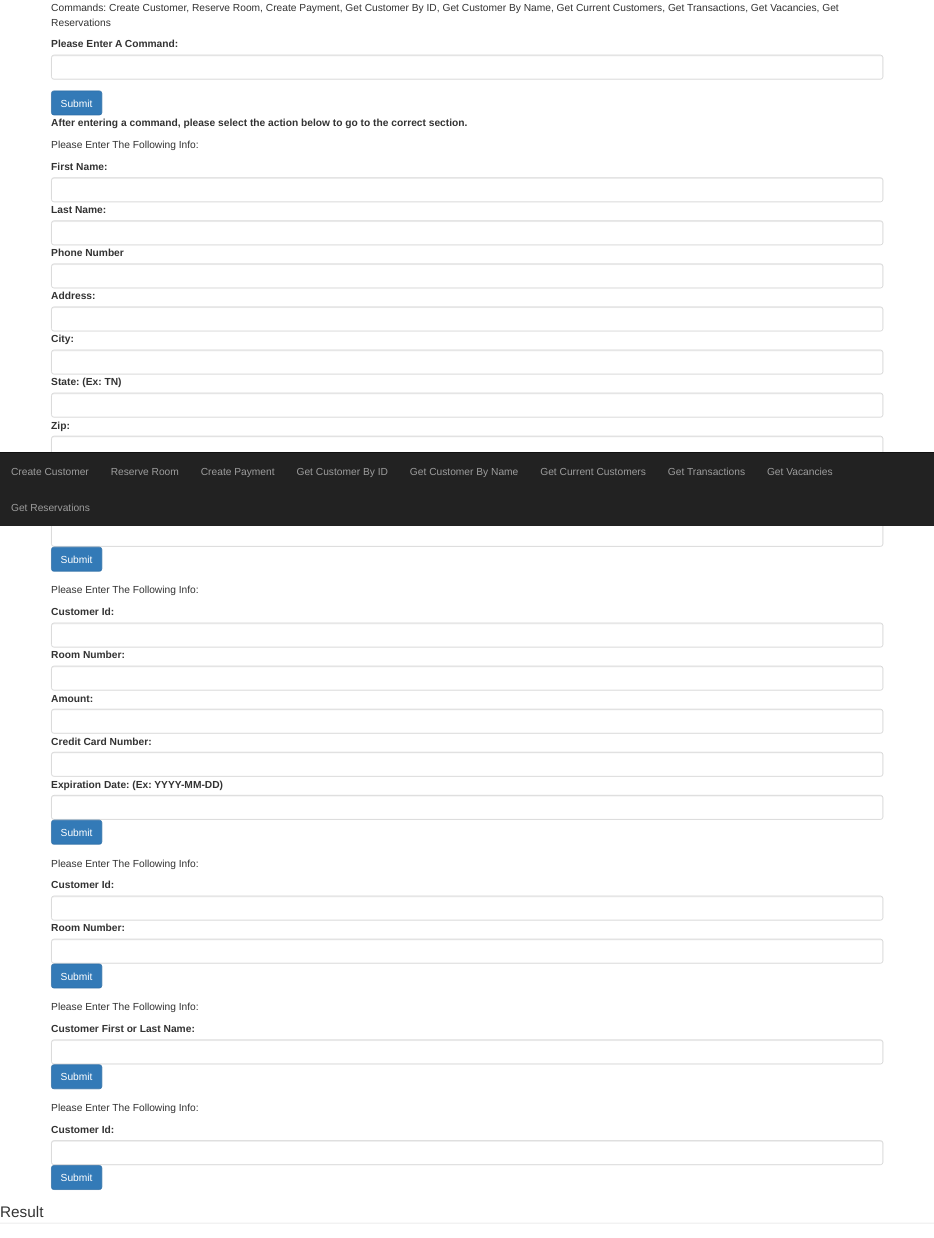
Repository: kddean/PA2
Page: Hotel Reservation System - Single Page/WebContent/HRS.html
These files come from the project's save history. The page is drawn as it stood at one moment and after the next save; the edit follows.
The browser window is 1280 px wide. The pictures show the whole page, at 73% of full size.

Above is the page before, as saved 2016-04-08 03:42:58.

After the next save:
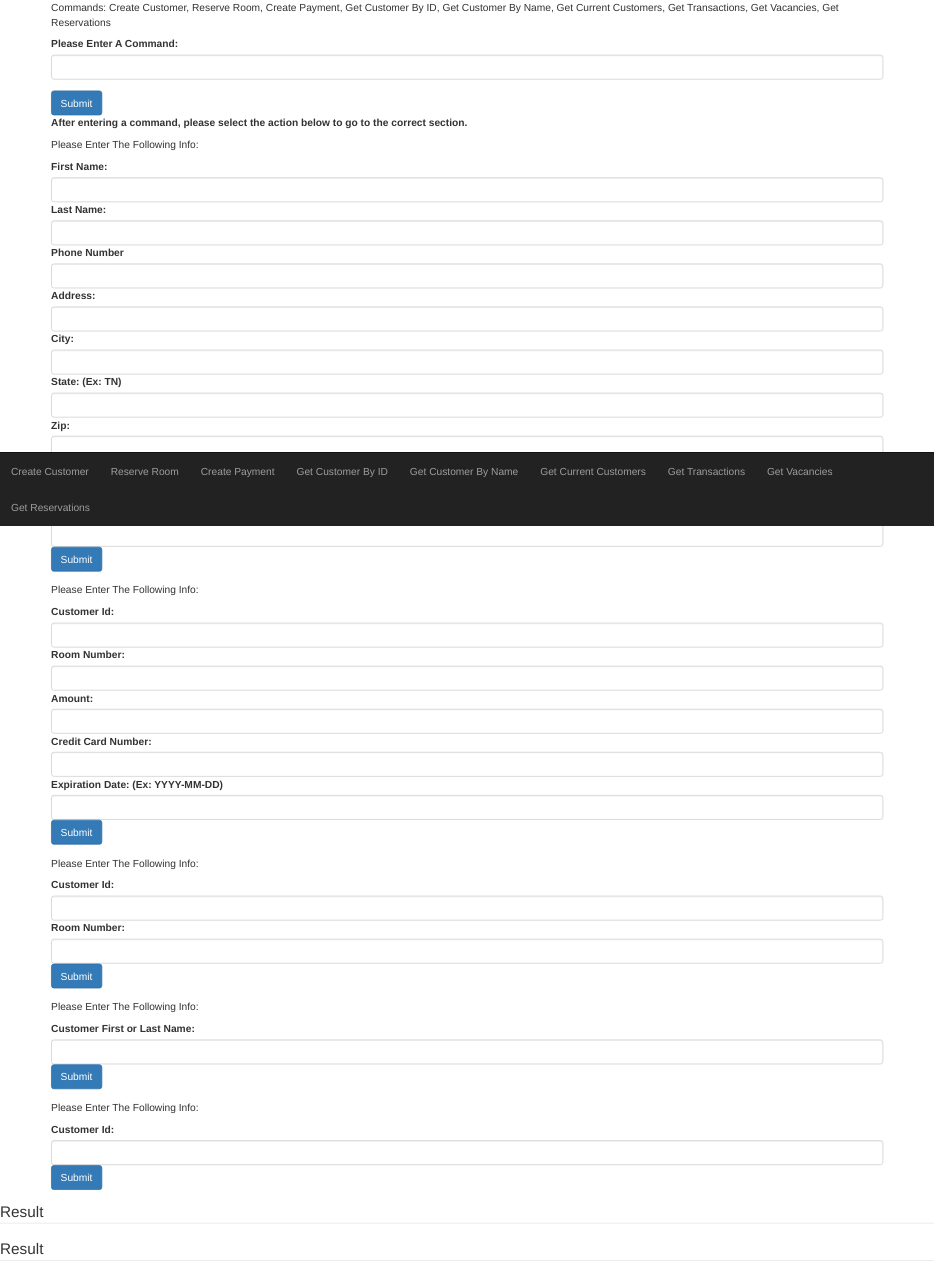
Saved 37 s later.
--- a/Hotel Reservation System - Single Page/WebContent/HRS.html
+++ b/Hotel Reservation System - Single Page/WebContent/HRS.html
@@ -24,8 +24,8 @@
 			<li><a href="#CForm">Get Customer By Name</a></li>
 			<li><a href="#section1">Get Current Customers</a></li>
 			<li><a href="TForm">Get Transactions</a></li>
-			<li><a href="#section1">Get Vacancies</a></li>
-			<li><a href="#section1">Get Reservations</a></li>
+			<li><a href="#sec">Get Vacancies</a></li>
+			<li><a href="#sec2">Get Reservations</a></li>
 	</ul>
 	</nav>
 
@@ -132,7 +132,13 @@
 
     </div>
 
-
+<div id="sec2">
+       <fieldset>
+            <legend id="ajaxResponse">Result</legend>
+                 <div id="ajaxResponse"></div>
+       </fieldset>
+
+    </div>
 
 	<script>
 		/* $(#cusub).click(function(){
